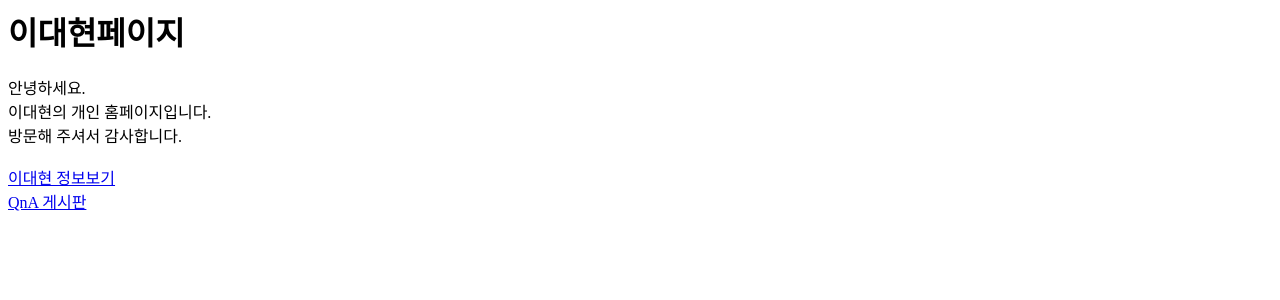
Repository: daelong/JavaStudy
Page: webproject/WebContent/MyPage.html
An editor plug-in stored every save of this project. The page is shown before and after the next save, followed by the edit.
The browser window is 1280 px wide. The pictures show the whole page.

Above is the page before, as saved 2019-04-02 10:50:32.

### webproject/WebContent/MyPage.html
<html>
<head>
<meta charset="EUC-KR">
<title>이대현 페이지</title>
</head>
<body>
	<H1>이대현페이지</H1>
	안녕하세요.<BR>
	이대현의 개인 홈페이지입니다.<BR>
	방문해 주셔서 감사합니다.<BR><BR>
	<a href="/webproject/MyProperty.jsp">이대현 정보보기</a><BR>
	<a href="/webproject/QnABoard.jsp">QnA 게시판</a>
</body>
</html>

After the next save:
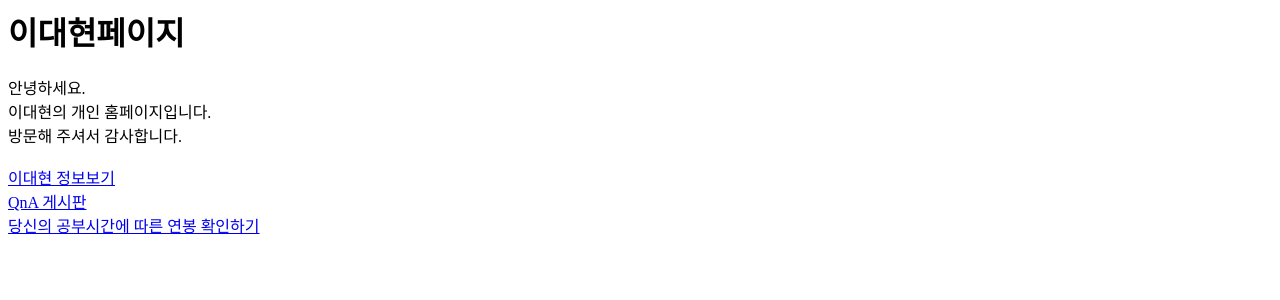
Saved 105 s later.
--- a/webproject/WebContent/MyPage.html
+++ b/webproject/WebContent/MyPage.html
@@ -9,6 +9,7 @@
 	이대현의 개인 홈페이지입니다.<BR>
 	방문해 주셔서 감사합니다.<BR><BR>
 	<a href="/webproject/MyProperty.jsp">이대현 정보보기</a><BR>
-	<a href="/webproject/QnABoard.jsp">QnA 게시판</a>
+	<a href="/webproject/QnABoard.jsp">QnA 게시판</a><BR>
+	<a href="/webproject/SalaryInput.html">당신의 공부시간에 따른 연봉 확인하기</a>
 </body>
 </html>
